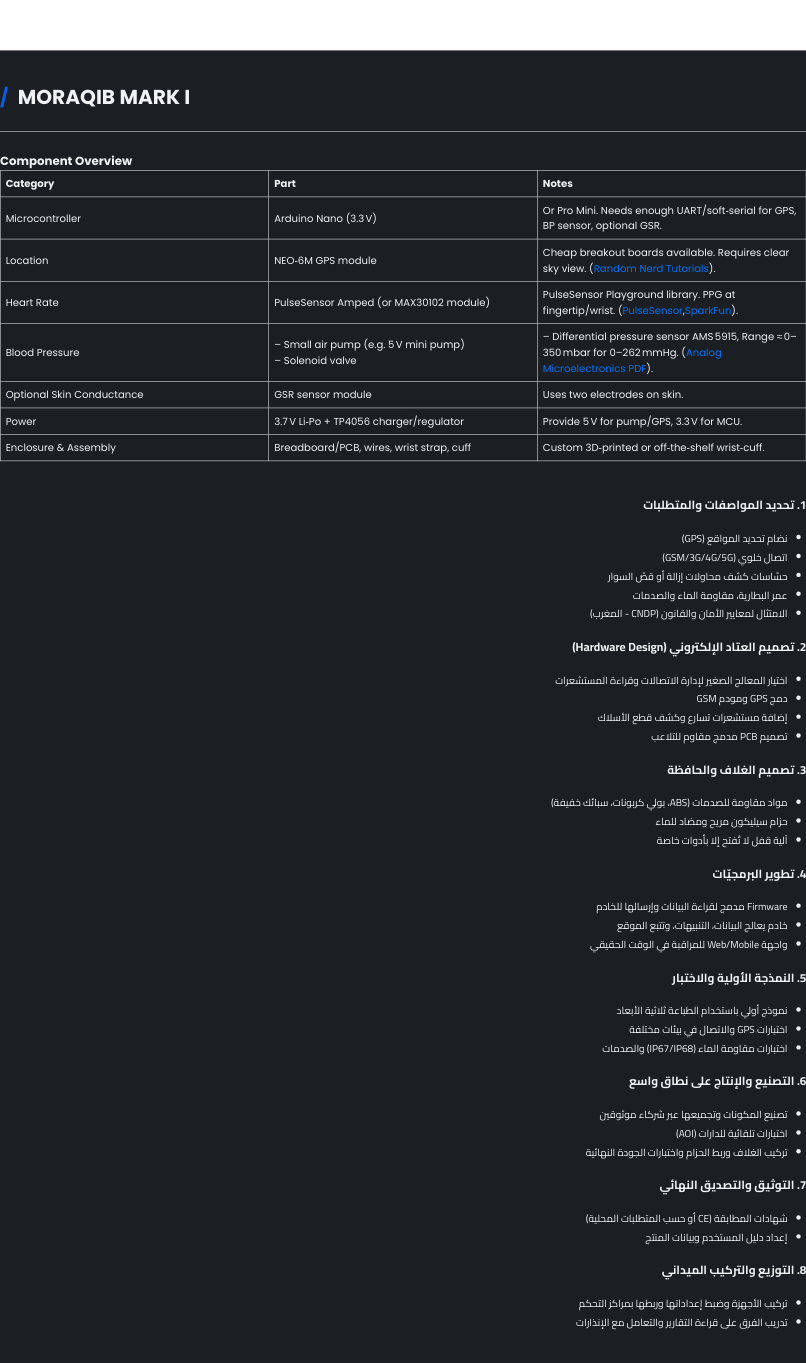
Repository: ayoubgharts/nextjs_protfolio
Page: /tutorials
These files come from the project's save history. The page is drawn as it stood at one moment and after the next save; the edit follows.
The browser window is 1280 px wide. The pictures show the whole page, at 63% of full size.
The project was rebuilt for these pictures with package versions that can differ from the ones it lists, and the page was loaded fresh each time. The framework's server and built-in components were replaced by stand-ins that run in the browser. Also part of the build but not shown: next.config.mjs.

Above is the page before, as saved 2025-06-01 00:56:01.

### src/app/tutorials/page.jsx
// pages/tutorials.js
import Link from "next/link";
import styles from "./tutorials.module.css";

import { Container } from "react-bootstrap";

import SectionTitle from "@/components/buttons/section-title/SectionTitle";

export default function Tutorials() {
  return (
    <main className={styles.tutorials}>
      <Container>
        <SectionTitle textContent={"MORAQIB mark I"} />

<div className={styles.tableWrapper}>
      <h3>Component Overview</h3>
      <table className={styles.partsTable}>
        <thead>
          <tr>
            <th>Category</th>
            <th>Part</th>
            <th>Notes</th>
          </tr>
        </thead>
        <tbody>
          <tr>
            <td>Microcontroller</td>
            <td>Arduino Nano (3.3 V)</td>
            <td>Or Pro Mini. Needs enough UART/soft‑serial for GPS, BP sensor, optional GSR.</td>
          </tr>
          <tr>
            <td>Location</td>
            <td>NEO‑6M GPS module</td>
            <td>
              Cheap breakout boards available. Requires clear sky view.
              (<a href="https://randomnerdtutorials.com/guide-to-neo-6m-gps-module-with-arduino/?utm_source=chatgpt.com" target="_blank">Random Nerd Tutorials</a>).
            </td>
          </tr>
          <tr>
            <td>Heart Rate</td>
            <td>PulseSensor Amped (or MAX30102 module)</td>
            <td>
              PulseSensor Playground library. PPG at fingertip/wrist.
              (<a href="https://pulsesensor.com/pages/code-and-guide?utm_source=chatgpt.com" target="_blank">PulseSensor</a>,
              <a href="https://www.sparkfun.com/pulse-sensor.html?utm_source=chatgpt.com" target="_blank">SparkFun</a>).
            </td>
          </tr>
          <tr>
            <td>Blood Pressure</td>
            <td>
              – Small air pump (e.g. 5 V mini pump)<br />– Solenoid valve
            </td>
            <td>
              – Differential pressure sensor AMS 5915, Range ≈ 0–350 mbar for 0–262 mmHg.
              (<a href="https://www.analog-micro.com/products/pressure-sensors/board-mount-pressure-sensors/ams5915/ams5915-an03.pdf?utm_source=chatgpt.com" target="_blank">Analog Microelectronics PDF</a>).
            </td>
          </tr>
          <tr>
            <td>Optional Skin Conductance</td>
            <td>GSR sensor module</td>
            <td>Uses two electrodes on skin.</td>
          </tr>
          <tr>
            <td>Power</td>
            <td>3.7 V Li‑Po + TP4056 charger/regulator</td>
            <td>Provide 5 V for pump/GPS, 3.3 V for MCU.</td>
          </tr>
          <tr>
            <td>Enclosure & Assembly</td>
            <td>Breadboard/PCB, wires, wrist strap, cuff</td>
            <td>Custom 3D‑printed or off‑the‑shelf wrist‑cuff.</td>
          </tr>
        </tbody>
      </table>
    </div>

        <div className={styles.project}>
          <h3>1. تحديد المواصفات والمتطلبات</h3>
          <ul>
            <li>نضام تحديد المواقع (GPS)</li>
            <li>اتصال خلوي (GSM/3G/4G/5G)</li>
            <li>حسّاسات كشف محاولات إزالة أو قصّ السوار</li>
            <li>عمر البطارية، مقاومة الماء والصدمات</li>
            <li>الامتثال لمعايير الأمان والقانون (CNDP - المغرب)</li>
          </ul>

          <h3>2. تصميم العتاد الإلكتروني (Hardware Design)</h3>
          <ul>
            <li>اختيار المعالج الصغير لإدارة الاتصالات وقراءة المستشعرات</li>
            <li>دمج GPS ومودم GSM</li>
            <li>إضافة مستشعرات تسارع وكشف قطع الأسلاك</li>
            <li>تصميم PCB مدمج مقاوم للتلاعب</li>
          </ul>

          <h3>3. تصميم الغلاف والحافظة</h3>
          <ul>
            <li>مواد مقاومة للصدمات (ABS، بولي كربونات، سبائك خفيفة)</li>
            <li>حزام سيليكون مريح ومضاد للماء</li>
            <li>آلية قفل لا تُفتح إلا بأدوات خاصة</li>
          </ul>

          <h3>4. تطوير البرمجيّات</h3>
          <ul>
            <li>Firmware مدمج لقراءة البيانات وإرسالها للخادم</li>
            <li>خادم يعالج البيانات، التنبيهات، وتتبع الموقع</li>
            <li>واجهة Web/Mobile للمراقبة في الوقت الحقيقي</li>
          </ul>

          <h3>5. النمذجة الأولية والاختبار</h3>
          <ul>
            <li>نموذج أولي باستخدام الطباعة ثلاثية الأبعاد</li>
            <li>اختبارات GPS والاتصال في بيئات مختلفة</li>
            <li>اختبارات مقاومة الماء (IP67/IP68) والصدمات</li>
          </ul>

          <h3>6. التصنيع والإنتاج على نطاق واسع</h3>
          <ul>
            <li>تصنيع المكونات وتجميعها عبر شركاء موثوقين</li>
            <li>اختبارات تلقائية للدارات (AOI)</li>
            <li>تركيب الغلاف وربط الحزام واختبارات الجودة النهائية</li>
          </ul>

          <h3>7. التوثيق والتصديق النهائي</h3>
          <ul>
            <li>شهادات المطابقة (CE أو حسب المتطلبات المحلية)</li>
            <li>إعداد دليل المستخدم وبيانات المنتج</li>
          </ul>

          <h3>8. التوزيع والتركيب الميداني</h3>
          <ul>
            <li>تركيب الأجهزة وضبط إعداداتها وربطها بمراكز التحكم</li>
            <li>تدريب الفرق على قراءة التقارير والتعامل مع الإنذارات</li>
          </ul>

        </div>
      </Container>
    </main>
  );
}

### src/app/globals.css

/*? import google font 'Poppins' */
@import url('https://fonts.googleapis.com/css2?family=Poppins:wght@100;200;300;400;500;600;700&family=Raleway:ital,wght@0,100..900;1,100..900&display=swap');

/*? all variables */
:root {
  /*. Web colors vars */
  --dark:      #1b1f24;
  --dark-fixed:      #1b1f24;
  --dark-300:  #23282f;
  --dark-400:  #2b323b;
  --dark-300-opacity:  #23282fab;
  --dark-400-opacity:  #2b323bb0;
  --dark-300-fixed:#282c31;
  --dark-500:  #333c47;
  --dark-600:  #4d5a6a;
  --dark-700:  #778392;
  --dark-800:  #9da6b3;

  --light:     #f0f2f4;
  --light-fixed:     #f0f2f4;
  --light-300: #454649;
  --light-400: #c3cad5;
  --light-500: #8895aa;

  --primary:   #075fe4;
  --primary-dark:   #12499c;
  --primary-light:   #6b93cf;
  --success:   #11845b;
  --danger:    #c6303e;
  --danger-dark:    #992934;
  --warning:   #fd7e14;

  --purple:    #4c0bce;
  --purple-dark:    #330f7c;
  --violet:    #712cf9;
  --pink:    #f92c8c;
  --yellow:    #ffc107;
  --green:     #198754;
  --teal:      #20c997;
  --cyan:      #0dcaf0;

  /*. Mobile Var Colors */
  --mobile-dark:      #1b1f24;
  --mobile-light:     #f0f2f4;
  --mobile-dark-300:  #23282f;
  --mobile-dark-500:  #333c47;
  --mobile-dark-700:  #778392;



  /*. transitions vars */
  --trans-03: all ease .3s;
  --trans-05: all ease .5s;

  /*. border radius vars */
  --br-8: 8px;
  --br-50: 50px;

  /*. padding global default */
  --container-120: 0 120px;
  --container-60: 0 60px;
  --container-20: 0 20px;

  /*. buttons vars */
  --btn-padding: 10px 25px;
  --btn-font-size: 1.2rem;
  --btn-font-media: 0.9rem;
  --light-btn:#f0f2f4;

}


/* Light mode overrides */
.light-mode {

  /*. web switch colors */
  --dark:       #e0e3e6;
  --dark-300:  #cdd6e2;
  --dark-400:  #c7cfd8;
  --dark-300-opacity:  #b6bfccab;
  --dark-400-opacity:  #b5bfccb0;
  --dark-500:   #c2c8d3;
  --dark-600:  #4d5a6a;
  --dark-700:  #eff3f7;
  --dark-800:  #757c85;

  --light:     #1b1f24;
  --light-300: #dde1e9;
  --light-400: #c3cad5;
  --light-500: #8895aa;

  /*. mobile switch colors */
  --mobile-dark:      #f0f2f4;
  --mobile-light:     #1b1f24;
  --mobile-dark-500:  #b5bcc4;
  --mobile-dark-700:  #778392;
  --mobile-dark-300:  #e4e7ec;
}


/*? Global Styles */
*{
  font-family: "Poppins", sans-serif;
  box-sizing: border-box;
  padding: 0;
  margin: 0;
}

body {
  font-family: "Poppins", sans-serif;
  box-sizing: border-box;
  padding: 0;
  margin: 0;
}

/*? Normalise */
a, Link{
  color: var(--cyan);
  text-decoration: none !important;
}
ul{
  list-style: none;
  margin: 0;
  padding: 0;
}
ul li{
  margin: 0;
  padding: 0;
}
h1, h2, h3, h4, h5{
  margin: 0;
  padding: 0;
}

i{
  margin: 0;
  padding: 0;
}

.container{
  transition: var(--trans-03);
}

### src/app/tutorials/tutorials.module.css

/*? import google font 'Cairo' */
@import url('https://fonts.googleapis.com/css2?family=Cairo:wght@200..1000&display=swap');


.tutorials{
    margin-top: 80px;
    background: var(--dark);
    padding: 50px 0;
    transition: var(--trans-03);
    text-align: start;
    color: var(--light);
}

.button{
    outline: none;
    border: none;
    background: var(--primary);
    color: var(--light-fixed);
    width: 100%;
    padding: 15px 25px;
    border-radius: 10px;
    margin-top: 30px;
    transition: var(--trans-03);
}

.button:hover{
    background: var(--primary-dark);
}

.project{
    display: flex;
    flex-direction: column;
    width: 100%;
    direction: rtl;
}
.project h3{
    margin: 20px 0;
    font-family: "Cairo";
}
.project ul li{
    font-family: "Cairo";
    list-style-type: disc;
    margin-right: 30px;
}



.tableWrapper {
  margin: 2rem 0;
}

.partsTable {
  width: 100%;
  border-collapse: collapse;
  table-layout: fixed;
}

.partsTable th,
.partsTable td {
  border: 1px solid #ccc;
  padding: 8px;
  text-align: left;
}

.partsTable a {
  color: #0070f3;
  text-decoration: underline;
}

.partsTable a:hover {
  text-decoration: none;
}

### src/components/buttons/section-title/SectionTitle.jsx
import styles from './title.module.css';

export default function SectionTitle({textContent}){
    return(
        <h2 className={styles.h2}>
            {textContent}
        </h2>
    )
}

### src/components/buttons/section-title/title.module.css
.h2{
    font-size: 2rem;
    font-weight: 700;
    text-transform: uppercase;
    color: var(--light);
    width: 100%;
    border-bottom: solid 1.2px var(--light-400);
    margin-bottom: 30px;
    padding-bottom: 30px;
}

.h2::before{
    content: '/';
    color: var(--primary);
    margin-right: 15px;
    font-size: 1.8rem;
}

Loaded but not shown: src/app/layout.js (common file)

After the next save:
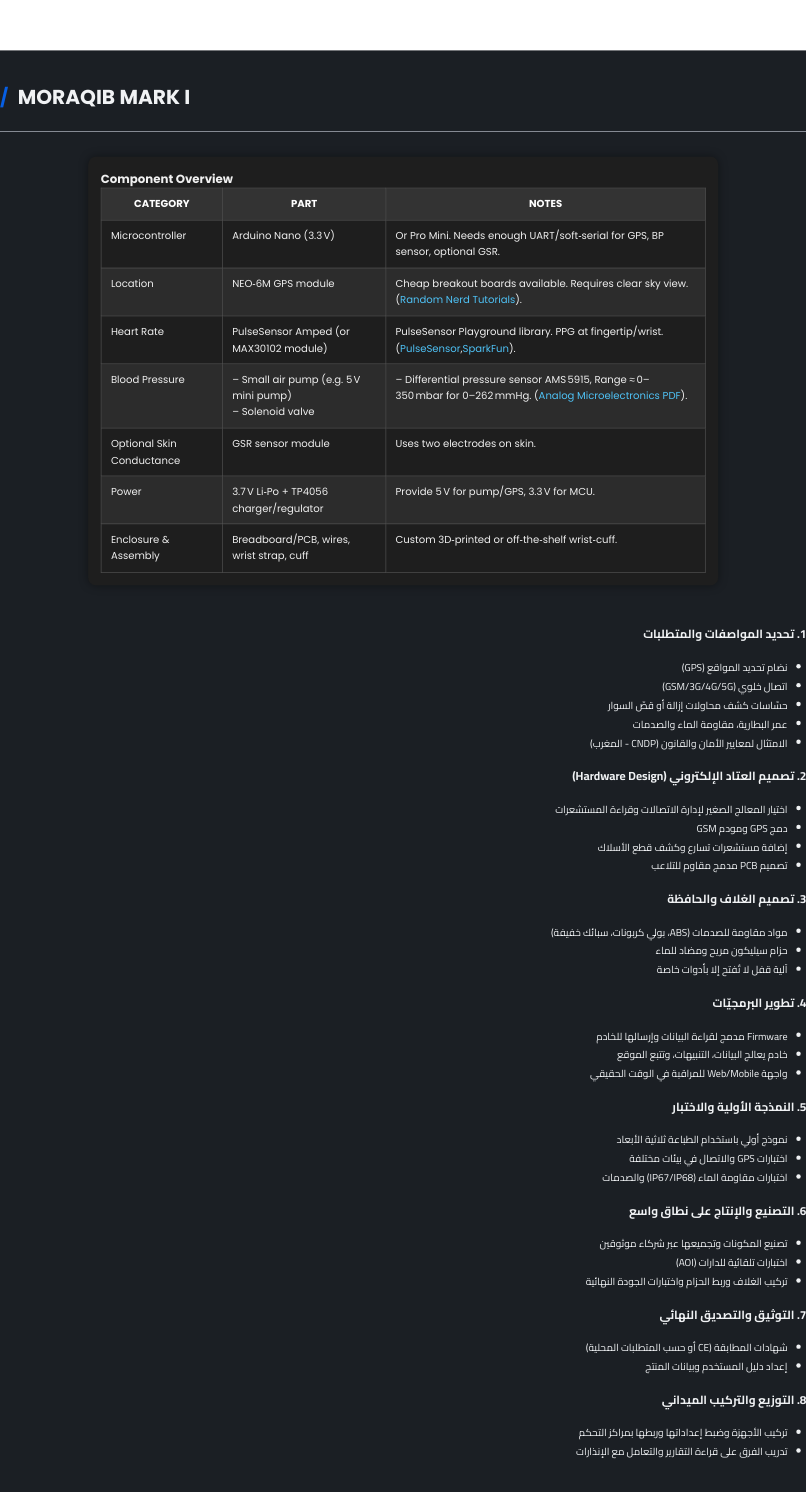
Saved 42 s later.
--- a/src/app/tutorials/tutorials.module.css
+++ b/src/app/tutorials/tutorials.module.css
@@ -47,27 +47,46 @@
 
 
 .tableWrapper {
-  margin: 2rem 0;
+  margin: 40px auto;
+  padding: 20px;
+  background-color: #1e1e1e;
+  border-radius: 12px;
+  box-shadow: 0 0 15px rgba(0, 0, 0, 0.4);
+  max-width: 1000px;
+  color: #f0f0f0;
 }
 
 .partsTable {
   width: 100%;
   border-collapse: collapse;
-  table-layout: fixed;
+  text-align: start;
+  font-size: 16px;
+  line-height: 1.6;
 }
 
 .partsTable th,
 .partsTable td {
-  border: 1px solid #ccc;
-  padding: 8px;
-  text-align: left;
+  border: 1px solid #555;
+  padding: 12px 15px;
+  vertical-align: top;
+}
+
+.partsTable thead th {
+  background-color: #333;
+  color: #fff;
+  font-weight: bold;
+  text-transform: uppercase;
+}
+
+.partsTable tbody tr:nth-child(even) {
+  background-color: #2c2c2c;
 }
 
 .partsTable a {
-  color: #0070f3;
-  text-decoration: underline;
+  color: #4fc3f7;
+  text-decoration: none;
 }
 
 .partsTable a:hover {
-  text-decoration: none;
+  text-decoration: underline;
 }
